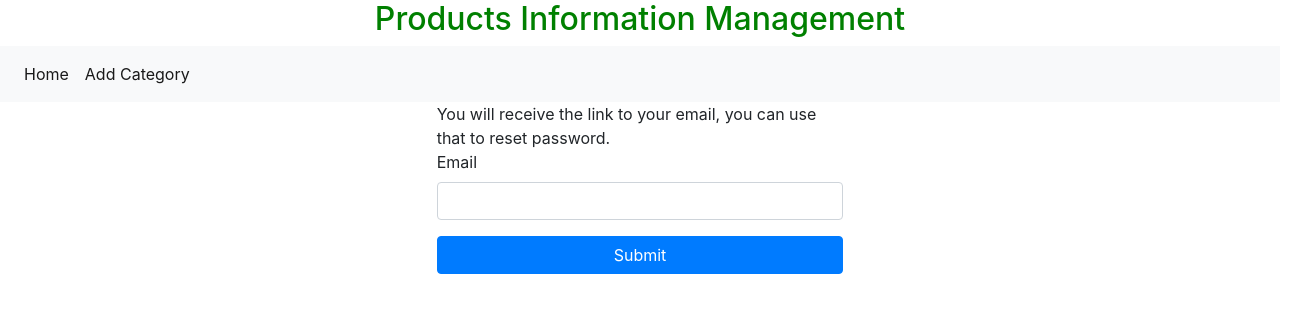
Repository: vipulpatil78/laravel_stuff
Page: http://localhost/forgot-password
The author's editor kept a copy of each file at every save. The page is drawn from the files as they stood at one save, then again after the next save.
The browser window is 1280 px wide. The page is 1295 px wide, so the pictures cover 1295 px, including what lies to the right of the window. The pictures show the whole page.
The page is served by the project's Laravel application, run on PHP 8.4 with Laravel 10.

Above is the page before, as saved 2024-02-09 12:08:11.

After the next save:
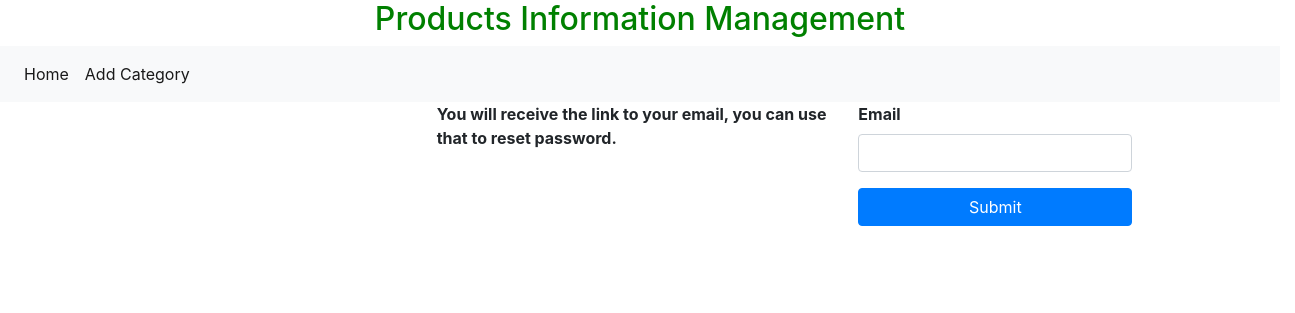
Saved 24 s later.
--- a/resources/views/auth/forgot-password.blade.php
+++ b/resources/views/auth/forgot-password.blade.php
@@ -4,7 +4,7 @@
             <div class="col-md-4" ></div>
             <div class="col-md-4 justity-content-center">
                 <form action={{ route('forgot.password') }} method=POST>
-                    <div>You will receive the link to your email, you can use that to reset password.</div>
+                    <strong>You will receive the link to your email, you can use that to reset password.</div>
                     <div class="form-group">
                         @if(Session::has('status'))
                             <div class="alert alert-success" role="alert">
